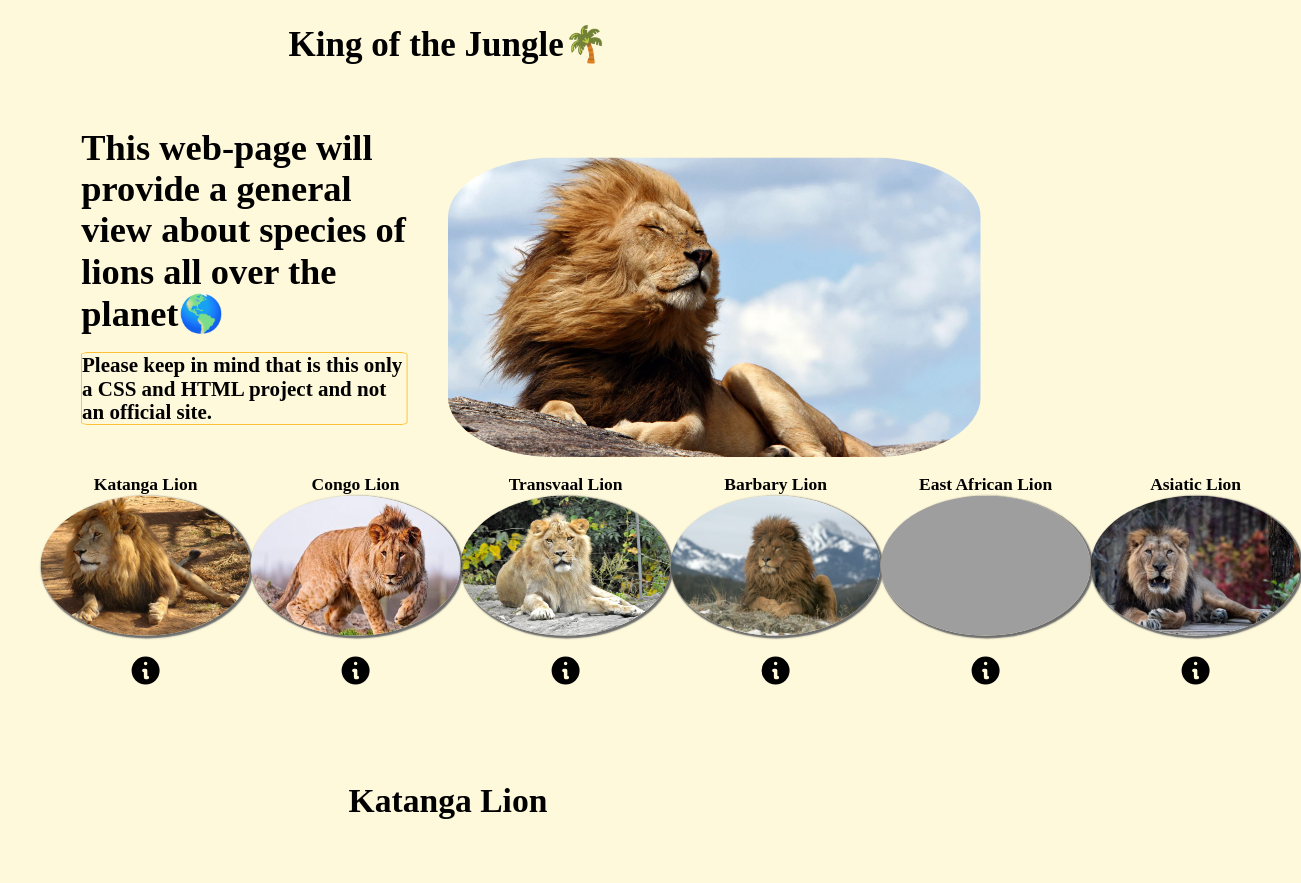
Repository: GeorgeManias/lions_project
Page: index.html
These files come from the project's save history. The page is drawn as it stood at one moment and after the next save; the edit follows.
The browser window is 1280 px wide. The page is 1858 px wide, so the pictures cover 1858 px, including what lies to the right of the window. The pictures show the whole page, at 70% of full size.
Pictures or frames that could not be fetched are drawn as grey boxes. Some web fonts or font styles are not loaded; a fallback is used.

Above is the page before, as saved 2021-11-05 19:50:40.

### index.html
<!DOCTYPE html>
<html lang="en">
  <head>
    <link rel="stylesheet" href="index.css" />
    <link
      href="https://fonts.googleapis.com/css2?family=Roboto:ital@1&display=swap"
      rel="stylesheet"
    />
    <link rel="preconnect" href="https://fonts.googleapis.com" />
    <link rel="preconnect" href="https://fonts.gstatic.com" crossorigin />
    <link
      href="https://fonts.googleapis.com/css2?family=Fruktur&family=Roboto:ital,wght@1,100;1,300&display=swap"
      rel="stylesheet"
    />
    <title>King of the Jungle</title>
  </head>
  <div class="container">
    <!--This will be the container fro the main_page-->
    <!--Start of Hero Area ---------------------------------------------------------------------------------------------------------------------------------------->
    <body>
      <header class="header_top">
        <h1>King of the Jungle🌴</h1>
      </header>
      <!--Class above will support the grid between header and main photo-->
      <div class="hero_section">
        <div class="headers_and_mainphoto">
          <header>
            <!--This area will be for the upper body part-->
            <h1 class="main_header">
              This web-page will provide a general view about species of lions
              all over the planet🌎
            </h1>
            <h2 class="project_header">
              Please keep in mind that is this only a CSS and HTML project and
              not an official site.
            </h2>
          </header>
          <img
            src="pictures/main_lion.jpg"
            alt="main_lion_photo"
            class="main_photo"
          />
        </div>

        <!--Multiple Pictures Grid Start----------------------------------------------------------------------------------------------->
        <div class="grid_with_6_pictures">
          <!--Katanga_Lion_Start-->
          <h3 id="katanga_title_cord" class="titles_6">Katanga Lion</h3>
          <img
            src="pictures/katanga_lion.jpg"
            alt="katanga_lion"
            id="katanga_img_cord"
            class="img_6"
          />
          <svg
            href="#"
            class="info_svg"
            xmlns="http://www.w3.org/2000/svg"
            width="100"
            height="100"
            viewBox="0 0 24 24"
          >
            <a href="https://www.google.co.uk/" target="_top" class="svg_link">
              <path
                stroke-linecap="round"
                stroke-linejoin="round"
                stroke-width="2"
                d="M13 16h-1v-4h-1m1-4h.01M21 12a9 9 0 11-18 0 9 9 0 0118 0z"
              />
            </a>
          </svg>
          <!--Katanga_Lion_End-->

          <!--Congo_Lion_Start-->
          <h3 id="congo_title_cord" class="titles_6">Congo Lion</h3>
          <img
            src="pictures/congo_lion.jpg"
            alt="congo_lion"
            id="congo_img_cord"
            class="img_6"
          />
          <svg
            class="info_svg"
            id="congo_info_cord"
            xmlns="http://www.w3.org/2000/svg"
            width="100"
            height="100"
            viewBox="0 0 24 24"
          >
            <a href="https://www.google.co.uk/" target="_top" class="svg_link">
              <path
                stroke-linecap="round"
                stroke-linejoin="round"
                stroke-width="2"
                d="M13 16h-1v-4h-1m1-4h.01M21 12a9 9 0 11-18 0 9 9 0 0118 0z"
              />
            </a>
          </svg>
          <!--Congo_Lion_End-->

          <!--Transvaal_Lion_Start-->
          <h3 id="Transvaal_title_cord" class="titles_6">Transvaal Lion</h3>
          <img
            src="pictures/Transvaal_lion.jpg"
            alt="Transvaal_lion"
            id="Transvaal_img_cord"
            class="img_6"
          />
          <svg
            class="info_svg"
            id="Transvaal_info_cord"
            xmlns="http://www.w3.org/2000/svg"
            width="100"
            height="100"
            viewBox="0 0 24 24"
          >
            <a href="https://www.google.co.uk/" target="_top" class="svg_link">
              <path
                stroke-linecap="round"
                stroke-linejoin="round"
                stroke-width="2"
                d="M13 16h-1v-4h-1m1-4h.01M21 12a9 9 0 11-18 0 9 9 0 0118 0z"
              />
            </a>
          </svg>
          <!--Transvaal_Lion_End-->

          <!--barbary_Lion_Start-->
          <h3 id="barbary_title_cord" class="titles_6">Barbary Lion</h3>
          <img
            src="pictures/barbary_lion.jpg"
            alt="barbary_lion"
            id="barbary_img_cord"
            class="img_6"
          />
          <svg
            class="info_svg"
            id="barbary_info_cord"
            xmlns="http://www.w3.org/2000/svg"
            width="100"
            height="100"
            viewBox="0 0 24 24"
          >
            <a href="https://www.google.co.uk/" target="_top" class="svg_link">
              <path
                stroke-linecap="round"
                stroke-linejoin="round"
                stroke-width="2"
                d="M13 16h-1v-4h-1m1-4h.01M21 12a9 9 0 11-18 0 9 9 0 0118 0z"
              />
            </a>
          </svg>
          <!--barbary_Lion_End-->

          <!--east_african_Lion_Start-->
          <h3 id="east_african_title_cord" class="titles_6">
            East African Lion
          </h3>
          <img
            src="pictures/east_african.jpg"
            alt="east_african_lion"
            id="east_african_img_cord"
            class="img_6"
          />
          <svg
            class="info_svg"
            id="east_african_info_cord"
            xmlns="http://www.w3.org/2000/svg"
            width="100"
            height="100"
            viewBox="0 0 24 24"
          >
            <a href="https://www.google.co.uk/" target="_top" class="svg_link">
              <path
                stroke-linecap="round"
                stroke-linejoin="round"
                stroke-width="2"
                d="M13 16h-1v-4h-1m1-4h.01M21 12a9 9 0 11-18 0 9 9 0 0118 0z"
              />
            </a>
          </svg>
          <!--east_african_Lion_End-->

          <!--asiatic_Lion_Start-->
          <h3 id="asiatic_title_cord" class="titles_6">Asiatic Lion</h3>
          <img
            src="pictures/asiatic_lion.jpg"
            alt="asiatic_lion"
            id="asiatic_img_cord"
            class="img_6"
          />
          <svg
            class="info_svg"
            id="asiatic_info_cord"
            xmlns="http://www.w3.org/2000/svg"
            width="100"
            height="100"
            viewBox="0 0 24 24"
          >
            <a href="https://www.google.co.uk/" target="_top" class="svg_link">
              <path
                stroke-linecap="round"
                stroke-linejoin="round"
                stroke-width="2"
                d="M13 16h-1v-4h-1m1-4h.01M21 12a9 9 0 11-18 0 9 9 0 0118 0z"
              />
            </a>
          </svg>
          <!--Multiple Pictures Grid End----------------------------------------------------------------------------------------------->
        </div>
      </div>
      <!--End of Hero Area ---------------------------------------------------------------------------------------------------------------------------------------->

      <!------------Analitikh 1/6 Arxh Katanga------------------------------------------------------------------------------------------------------------------------->
      <div class= "analysis_grid">
          <h1 class="analysis_h1">Katanga Lion</h1>
          <p class="analysis_p"></p>

      </div>
      <!------------Analitikh 1/6 Telos Katanga------------------------------------------------------------------------------------------------------------------------>
    </body>
    </body>
  </div>
</html>






<!--1
  Katanga lion
  Congo Lion
  Transvaal lion
  East African lion
  Asiatic lion
  West African lion

-->

### index.css
/*

--- 01 TYPOGRAPHY SYSTEM

- Font sizes (px)
10 / 12 / 14 / 16 / 18 / 20 / 24 / 30 / 36 / 44 / 52 / 62 / 74 / 86 / 98

- Font weights
Default: 400
Medium: 500
Semi-bold: 600
Bold: 700

- Line heights
Default: 1
Small: 1.05
Medium: 1.2
Paragraph default: 1.6

- Letter spacing
-0.5px
0.75px

--- 02 COLORS

- Primary: ##fab005
- Tints:
#fff9db
#644602

- Shades:


#f0ede6


- Accents:
- Greys

#888
#767676 (lightest grey allowed on #fff)
#6f6f6f (lightest grey allowed on #fdf2e9)
#555
#333

--- 05 SHADOWS

0 2.4rem 4.8rem rgba(0, 0, 0, 0.075);

--- 06 BORDER-RADIUS

Default: 9px
Medium: 11px

--- 07 WHITESPACE

- Spacing system (px)
2 / 4 / 8 / 12 / 16 / 24 / 32 / 48 / 64 / 80 / 96 / 128
*/

html {
  /*εδώ βάζω το 10 με σκοπο το αλλο να έχει ευκολο πολαπλασσιο του rem*/
  font-size: 10px;
  margin-left: 0%;
  margin-right: 0%;
}

body {
  background-color: #fff9db;
  margin-bottom: 3%;
}

.header_top {
  font-family: "Fruktur", cursive;
  text-align: center;
  font-size: 2.5rem;
  margin-bottom: 0;
}

.hero_section {
  padding-left: 5rem;
  padding-right: 5rem;
}

header {
  margin-left: 10%;
  margin-right: 10%;
}

.main_header {
  font-size: 5.2rem;
  margin-bottom: 0;
}

.project_header {
  font-size: 3rem;
  border: 0.1rem solid #fab005;
  border-radius: 3%;
}

.headers_and_mainphoto {
  /*Αυτο το πεδίο αναφέρεται στο grid*/
  display: grid;
  grid-template-columns: 50% 50%;
  align-items: center;
}

.grid_with_6_pictures {
  display: grid;
  grid-template-columns: 1fr 1fr 1fr 1fr 1fr 1fr;
  grid-template-rows: auto auto auto;
  justify-items: center;
  align-items: flex-end;
}

.main_photo {
  width: 761px;
  margin-top: 100px;
  border-radius: 20%;
}

.img_6 {
  width: 300px;
  height: 200px;
  border-radius: 50%;
  box-shadow: 2px 2px 2px 2px rgb(109, 109, 109);
}

.titles_6 {
  font-size: 2.5rem;
  margin-bottom: 0.8%;
}

.info_svg {
  width: 20%;
  stroke: #fff9db;
  border-radius: 0;
  padding-top: 0%;
}

.svg_link:link {
  width: 20%;
  stroke: #fff9db;
  border-radius: 0;
  padding-top: 0%;
}

.svg_link:visited {
  width: 20%;
  stroke: #fff9db;
  border-radius: 0;
  padding-top: 0%;
}

.svg_link:hover {
  width: 20%;
  stroke: #fab005;
  border-radius: 0;
  padding-top: 0%;
  transition: all 1s;
}
/*//////////////////////////////////////////////////////////////////////////////////////////////////////////////////////////////////////////////////////////////////*/
/*Katanga Lion Cord Start*/
#katanga_title_cord {
  grid-column: 1/2;
  grid-row: 1/2;
}
#katanga_img_cord {
  grid-column: 1/2;
  grid-row: 2/3;
}

#katanga_info_cord {
  grid-column: 1/2;
  grid-row: 3/4;
}
/*Katanga Lion Cord End*/

/*Congo Lion Cord Start*/
#congo_title_cord {
  grid-column: 2/3;
  grid-row: 1/2;
}
#congo_img_cord {
  grid-column: 2/3;
  grid-row: 2/3;
}

#congo_info_cord {
  grid-column: 2/3;
  grid-row: 3/4;
}
/*Congo Lion Cord End*/

/*Transvaal Lion Cord Start*/
#Transvaal_title_cord {
  grid-column: 3/4;
  grid-row: 1/2;
}
#Transvaal_img_cord {
  grid-column: 3/4;
  grid-row: 2/3;
}

#Transvaal_info_cord {
  grid-column: 3/4;
  grid-row: 3/4;
}
/*Transvaal Lion Cord End*/

/*Congo Lion Cord End*/

/*barbary Lion Cord Start*/
#barbary_title_cord {
  grid-column: 4/5;
  grid-row: 1/2;
}
#barbary_img_cord {
  grid-column: 4/5;
  grid-row: 2/3;
}

#barbary_info_cord {
  grid-column: 4/5;
  grid-row: 3/4;
}
/*barbary Lion Cord End*/

/*east_african Lion Cord Start*/
#east_african_title_cord {
  grid-column: 5/6;
  grid-row: 1/2;
}
#east_african_img_cord {
  grid-column: 5/6;
  grid-row: 2/3;
}

#east_african_info_cord {
  grid-column: 5/6;
  grid-row: 3/4;
}
/*east_african Lion Cord End*/

/*asiatic Lion Cord Start*/
#asiatic_title_cord {
  grid-column: 6/7;
  grid-row: 1/2;
}
#asiatic_img_cord {
  grid-column: 6/7;
  grid-row: 2/3;
}

#asiatic_info_cord {
  grid-column: 6/7;
  grid-row: 3/4;
}
/*asiatic Lion Cord End*/
/*//////////////////////////////////////////////////////////////////////////////////////////////////////////////////////////////////////////////////////////////////*/

/*////////////////////////////////////////////////////////////////////////////////////////////////////////////////////////////////////////////////////////////////////
Katanga Analysis 1/6 Arxh
////////////////////////////////////////////////////////////////////////////////////////////////////////////////////////////////////////////////////////////////////*/
.analysis_grid {
  display: grid;
  grid-template-columns: 1fr 1fr;
  grid-template-rows: auto auto auto;
  margin-top: 6%;
}

.analysis_h1 {
  font-size: 4.8rem;
  text-align: center;
}

/*Katanga Analysis stixisi Arxh///////////////////////////////////////////////*/
.analysis_h1 {
  grid-column: 1/-1;
}

/*Katanga Analysis stixisi Telos///////////////////////////////////////////////*/

After the next save:
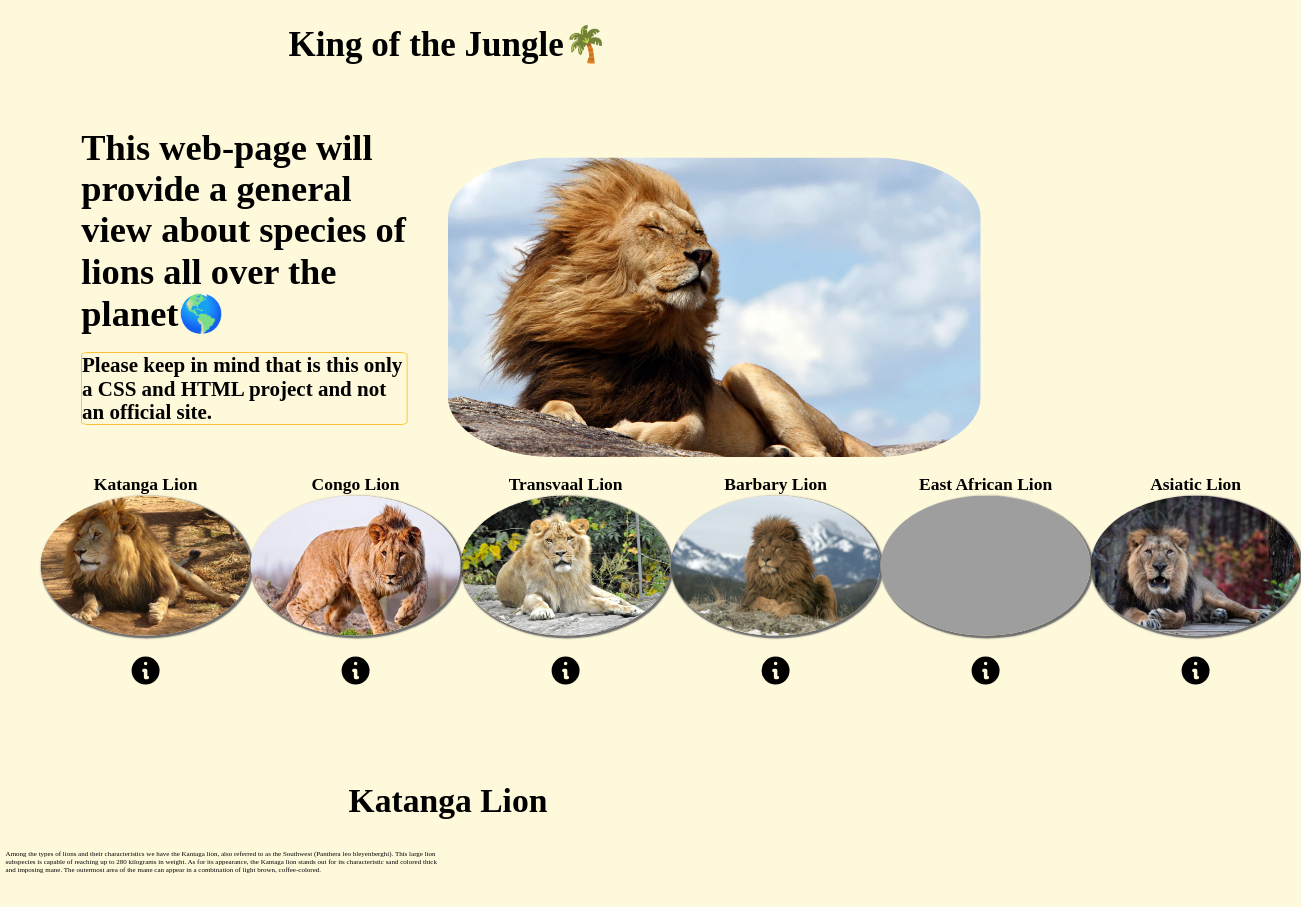
Saved 98 s later.
--- a/index.html
+++ b/index.html
@@ -214,7 +214,9 @@
       <!------------Analitikh 1/6 Arxh Katanga------------------------------------------------------------------------------------------------------------------------->
       <div class= "analysis_grid">
           <h1 class="analysis_h1">Katanga Lion</h1>
-          <p class="analysis_p"></p>
+          <p class="analysis_p">Among the types of lions and their characteristics we have the Kantaga lion, also referred to as the Southwest (Panthera leo bleyenberghi). This large lion subspecies is capable of reaching up to 280 kilograms in weight.
+
+            As for its appearance, the Kantaga lion stands out for its characteristic sand colored thick and imposing mane. The outermost area of the mane can appear in a combination of light brown, coffee-colored.</p>
 
       </div>
       <!------------Analitikh 1/6 Telos Katanga------------------------------------------------------------------------------------------------------------------------>
